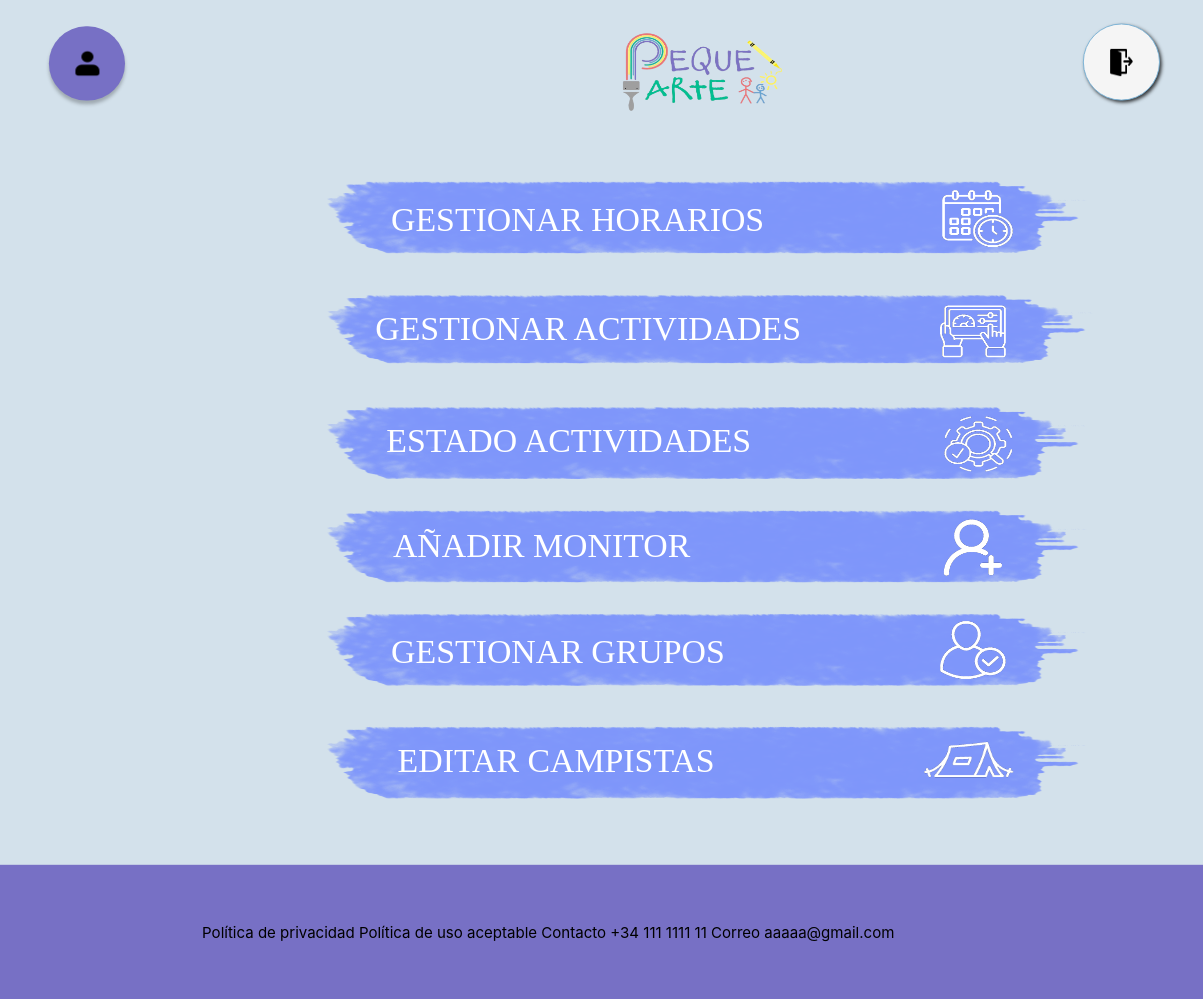
Repository: maariadomiingo/Proyecto-Integrador-Campamento
Page: html/interfaz_coordinador.html
These files come from the project's save history. The page is drawn as it stood at one moment and after a run of saves; the edit follows.
The browser window is 1280 px wide. The pictures show the whole page, at 94% of full size.

Above is the page before, as saved 2025-02-05 12:30:04.

### html/interfaz_coordinador.html
<!DOCTYPE html>
<html lang="es">
  <head>
    <meta charset="UTF-8" />
    <meta name="viewport" content="width=device-width, initial-scale=1.0" />
    <title>Documento</title>
    <link rel="stylesheet" href="../css/interfaz_coordinador.css" />
  </head>
  <body>
    <div class="contenedor">
      <div class="fondo"></div>
      <div class="circulo"></div>
      <img class="icono-usuario" src="../img/user.png" />
      <div class="circulo-salir"></div>
      <img class="icono-salir" src="../img/cerrar-sesion.png" />
      <div class="pie-de-pagina"></div>
      <div class="texto-pie-de-pagina">
        Política de privacidad Política de uso aceptable Contacto +34 111 1111
        11 Correo aaaaa@gmail.com
      </div>
      <div class="div-vacio"></div>
      <img class="trazo-pincel-1" src="../img/trazo-pincel.png" />
      <img class="trazo-pincel-2" src="../img/trazo-pincel.png" />
<!--       trazo añadir monitor
 -->      <img class="trazo-pincel-3" src="../img/trazo-pincel.png" />
      <div class="agregar-monitor">
        <div class="texto-agregar-monitor">AÑADIR MONITOR</div>
      </div>
      <img class="icono-añadirMonitor" src="../img/anadir.png" />

      <img class="icono-estado-actividades" src="../img/actividades.png" />
      <img class="trazo-pincel-4" src="../img/trazo-pincel.png" />
      <div class="estado-actividades">
        <div class="texto-estado-actividades">ESTADO ACTIVIDADES</div>

      </div>


      <div class="gestionar-actividades">
<!--         trazo de gestionar actividades-->
         <img class="trazo-pincel-5" src="../img/trazo-pincel.png" />
        <div class="texto-gestionar-actividades">GESTIONAR ACTIVIDADES</div>
       </div>
       <img class="icono-actividades" src="../img/administrar.png" />

      <img id="pincel" src="../img/pincel.png" />


<!--       GESTIONAR HORARIOS-->
       <img class="trazo-pincel-6" src="../img/trazo-pincel.png" class="imagen-horarios" />
      <div class="gestionar-horarios">
        <div class="texto-gestionar-horarios">GESTIONAR HORARIOS</div>
      </div>
      <img class="icono-horario" src="../img/calendario.png" />

      <img class="logo" src="../img/logo sin fondo.png" />
      <img class="icono-campistas" src="../img/campistas.png" />

      <div class="editar-campistas">EDITAR CAMPISTAS</div>

      <div class="gestionar-grupos">GESTIONAR GRUPOS</div>
      <img class="icon-gestionarGrupos" src="../img/pasarlista.png" />
      </div>
    </div>
    <script src="../js/interfaz_coordinador.js"></script>
  </body>
</html>

### css/interfaz_coordinador.css
body {
  margin: 0;
  padding: 0;
  font-family: Arial, sans-serif;
  background: #D3E1EB;
  width: 100%; /* Ocupa el 100% del ancho de la pantalla */
  overflow-x: hidden; /* Evita el desplazamiento horizontal */
}

.circulo {
  width: 81px;
  height: 79px;
  left: 52px;
  top: 28px;
  position: absolute;
  background: #7770C5;
  box-shadow: 0px 4px 4px rgba(0, 0, 0, 0.25);
  border-radius: 9999px;
}

.icono-usuario {
  width: 34px;
  height: 31px;
  left: 76px;
  top: 52px;
  position: absolute;
}

.circulo-salir {
  width: 80px;
  height: 80px;
  left: 90%;
  top: 25px;
  position: absolute;
  background: #F5F5F5;
  box-shadow: 2px 2px 4px rgba(0, 0, 0, 0.75);
  border-radius: 9999px;
  border: 1px #7AB3D7 solid;
}

.icono-salir {
  left: 92.3%;
  top: 52px;
  width: 24px;
  height: 29px;
  position: absolute;
}

.pie-de-pagina {
  width: 100%; /* Ajusta el ancho al 100% del viewport */
  height: 143px;
  left: 0px;
  top: 920px;
  position: absolute;
  background: #7770C5;
}

.texto-pie-de-pagina {
  width: 1009px;
  left: 215px;
  top: 982px;
  position: absolute;
  color: black;
  font-size: 16px;
  font-family: Inter;
  font-weight: 400;
  word-wrap: break-word;
}

.div-vacio {
  width: 407px;
  height: 125px;
  left: 187px;
  top: 300px;
  position: absolute;
}

.trazo-pincel-1,
.trazo-pincel-2,
.trazo-pincel-3,
.trazo-pincel-4,
.trazo-pincel-5,
.trazo-pincel-6 {
  width: 940px;
  height: 400px;
  left: 288px;
  position: absolute;
}

.trazo-pincel-1 { top: 630px; }
.trazo-pincel-2 { top: 510px; }
.trazo-pincel-3 { top: 400px; }
.trazo-pincel-4 { top: 290px; }
.trazo-pincel-5 { top: 510px; }
.trazo-pincel-6 { top: 50px; }

.agregar-monitor {
  width: 955px;
  height: 110px;
  left: 281px;
  top: 516px;
  position: absolute;
}

.agregar-monitor img {
  width: 955px;
  height: 114px;
  left: 0px;
  top: 0px;
  position: absolute;
}

.texto-agregar-monitor {
  width: 455px;
  height: 17.65px;
  left: 137px;
  top: 44px;
  position: absolute;
  color: white;
  font-size: 36px;
  font-family: Montserrat;
  font-weight: 500;
  word-wrap: break-word;
}

.estado-actividades {
  width: 955px;
  height: 114px;
  left: 284px;
  top: 402px;
  position: absolute;
}

.estado-actividades img {
  width: 955px;
  height: 114px;
  left: 0px;
  top: 0px;
  position: absolute;
}

.texto-estado-actividades {
  width: 533px;
  height: 18.30px;
  left: 127px;
  top: 46.41px;
  position: absolute;
  color: white;
  font-size: 36px;
  font-family: Montserrat;
  font-weight: 500;
  word-wrap: break-word;
}

.gestionar-actividades {
  width: 948px;
  height: 134px;
  left: 288px;
  top: 268px;
  position: relative;
}

.gestionar-actividades img {
  width: 948px;
  height: 380px;
  left: 0px;
  top: -90px;
  position: absolute;
}

.texto-gestionar-actividades {
  width: 566.81px;
  height: 21.51px;
  left: 111.19px;
  top: 61.17px;
  position: absolute;
  color: white;
  font-size: 36px;
  font-family: Montserrat;
  font-weight: 500;
  word-wrap: break-word;
}


#pincel {
  position: absolute;
  width: 170px;
  height: 150px;
  display: none;
  transition: top 0.1s ease-out, left 0.1s ease-out;
}

.div-vacio-2 {
  width: 651px;
  height: 863px;
  left: 670px;
  top: 463px;
  position: absolute;
}

.gestionar-horarios {
  width: 962px;
  height: 128px;
  left: 288px;
  top: 152px;
  position: absolute;
}

.gestionar-horarios img {
  width: 962px;
  height: 128px;
  left: 0px;
  top: 0px;
  position: absolute;
}

.imagen-horarios {
  width: 26px;
  height: 256px;
  left: 674.91px;
  top: 44.25px;
  position: absolute;
}

.texto-gestionar-horarios {
  width: 584.25px;
  height: 20.54px;
  left: 127.93px;
  top: 60.84px;
  position: absolute;
  color: white;
  font-size: 36px;
  font-family: Montserrat;
  font-weight: 500;
  word-wrap: break-word;
}

.icono-horario {
  width: 80px;
  height: 65px;
  left: 1000px;
  top: 200px;
  position: absolute;
}

.icono-actividades {
  width: 80px;
  height: 65px;
  left: 1000px;
  top: 440px;
  position: absolute;
}

.icono-gestionar {
  width: 80px;
  height: 65px;
  left: 1000px;
  top: 200px;
  position: absolute;
}

.icono-estado-actividades {
  width: 70px;
  height: 55px;
  left: 1000px;
  top: 325px;
  position: absolute;
  z-index: 1;
}

.icono-añadirMonitor {
  width: 70px;
  height: 65px;
  left: 1000px;
  top: 550px;
  position: absolute;
}

.icon-gestionarGrupos {
  width: 70px;
  height: 63px;
  left: 1000px;
  top: 660px;
  position: absolute;
}

.logo {
  width: 194px;
  height: 103px;
  left: 647px;
  top: 25px;
  position: absolute;
}

.icono-campistas {
  width: 95px;
  height: 80px;
  left: 983px;
  top: 768px;
  position: absolute;
}

.div-vacio-3 {
  width: 100px;
  height: 100px;
  left: 646px;
  top: 210px;
  position: absolute;
}

.editar-campistas {
  width: 455px;
  height: 60px;
  left: 423px;
  top: 788px;
  position: absolute;
  color: white;
  font-size: 36px;
  font-family: Montserrat;
  font-weight: 500;
  word-wrap: break-word;
}

.gestionar-grupos {
  width: 455px;
  height: 17.65px;
  left: 416px;
  top: 672px;
  position: absolute;
  color: white;
  font-size: 36px;
  font-family: Montserrat;
  font-weight: 500;
  word-wrap: break-word;
}

.rectangulo-pequeno {
  width: 69px;
  height: 70px;
  padding-left: 5.75px;
  padding-right: 5.75px;
  padding-top: 17.50px;
  padding-bottom: 17.50px;
  left: 966px;
  top: 655px;
  position: absolute;
  flex-direction: column;
  justify-content: center;
  align-items: center;
  display: inline-flex;
}

.rectangulo-interno {
  width: 57.50px;
  height: 35px;
  background: white;
}

.imagen-pequena-1 {
  width: 77px;
  height: 78px;
}

.imagen-pequena-2 {
  width: 77px;
  height: 73px;
}

.imagen-pequena-3 {
  width: 46px;
  height: 49px;
}

### js/interfaz_coordinador.js
// Selecciona la imagen del pincel
const pincel = document.getElementById("pincel");

// Selecciona todos los trazos de pincel
const trazosPincel = document.querySelectorAll(".trazo-pincel-1, .trazo-pincel-2, .trazo-pincel-3, .trazo-pincel-4, .trazo-pincel-5, .trazo-pincel-6");

// Mantén el tamaño original del pincel
pincel.style.width = "80px"; // Ajusta según el tamaño original en CSS
pincel.style.height = "auto"; // Mantiene la proporción

// Función para mover el pincel al centro del trazo
function moverPincel(event) {
  const rect = event.target.getBoundingClientRect();

  // Alinear pincel al centro del trazo
  pincel.style.top = `${rect.top + rect.height / 2 - pincel.offsetHeight / 2}px`;
  pincel.style.left = `${rect.left + rect.width - 60}px`; // Ajuste para que quede cerca de la imagen
  pincel.style.display = "block";
}

// Función para ocultar el pincel
function ocultarPincel() {
  pincel.style.display = "none";
}

// Añade eventos a los trazos de pincel
trazosPincel.forEach((trazo) => {
  trazo.addEventListener("mouseenter", moverPincel);
  trazo.addEventListener("mouseleave", ocultarPincel);
});

After the next 2 saves:
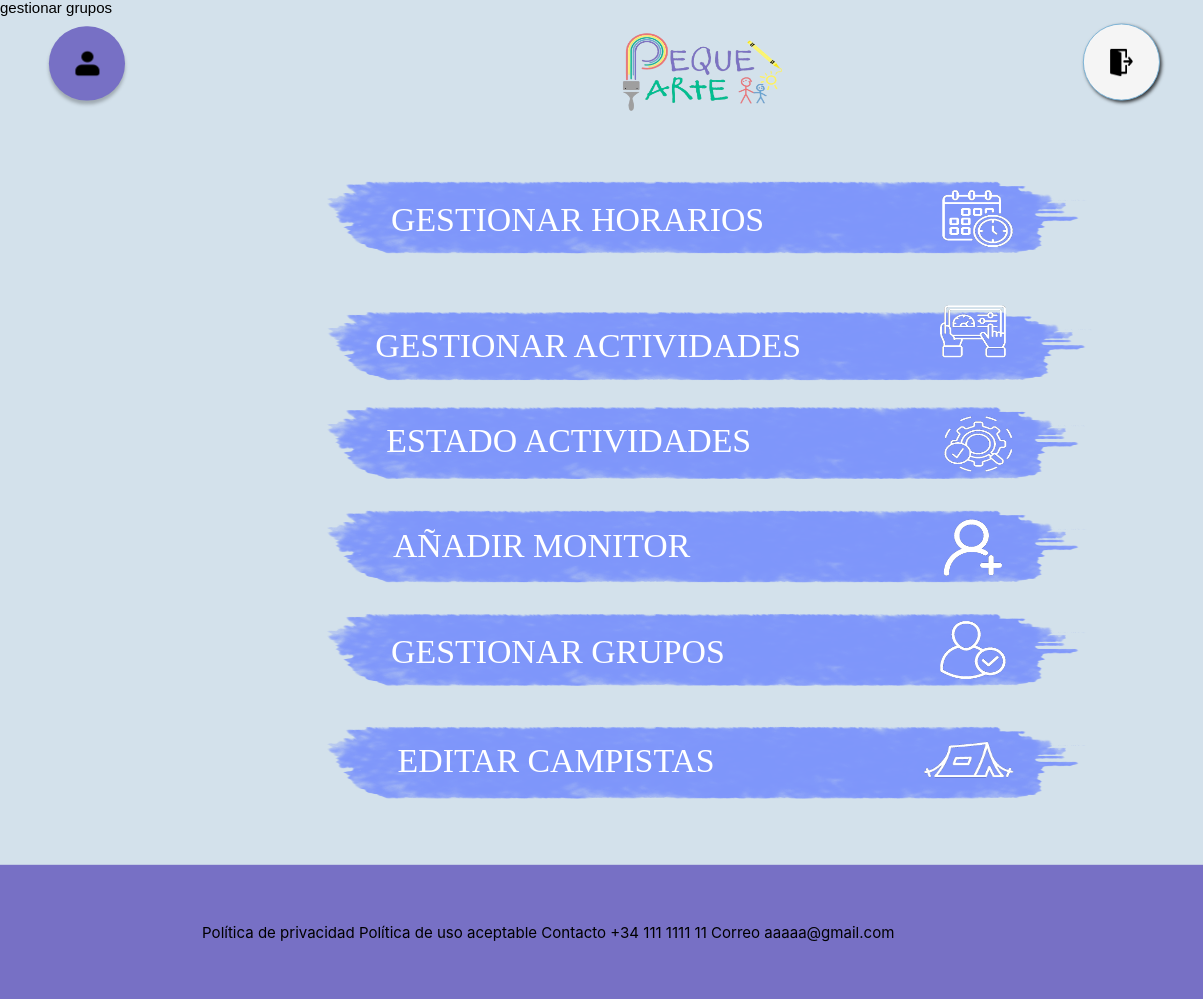
The 2 saves are shown as one change because they came seconds apart.
The last was saved 6 s later.
--- a/html/interfaz_coordinador.html
+++ b/html/interfaz_coordinador.html
@@ -20,6 +20,7 @@
       </div>
       <div class="div-vacio"></div>
       <img class="trazo-pincel-1" src="../img/trazo-pincel.png" />
+      gestionar grupos
       <img class="trazo-pincel-2" src="../img/trazo-pincel.png" />
 <!--       trazo añadir monitor
  -->      <img class="trazo-pincel-3" src="../img/trazo-pincel.png" />

After the save that followed:
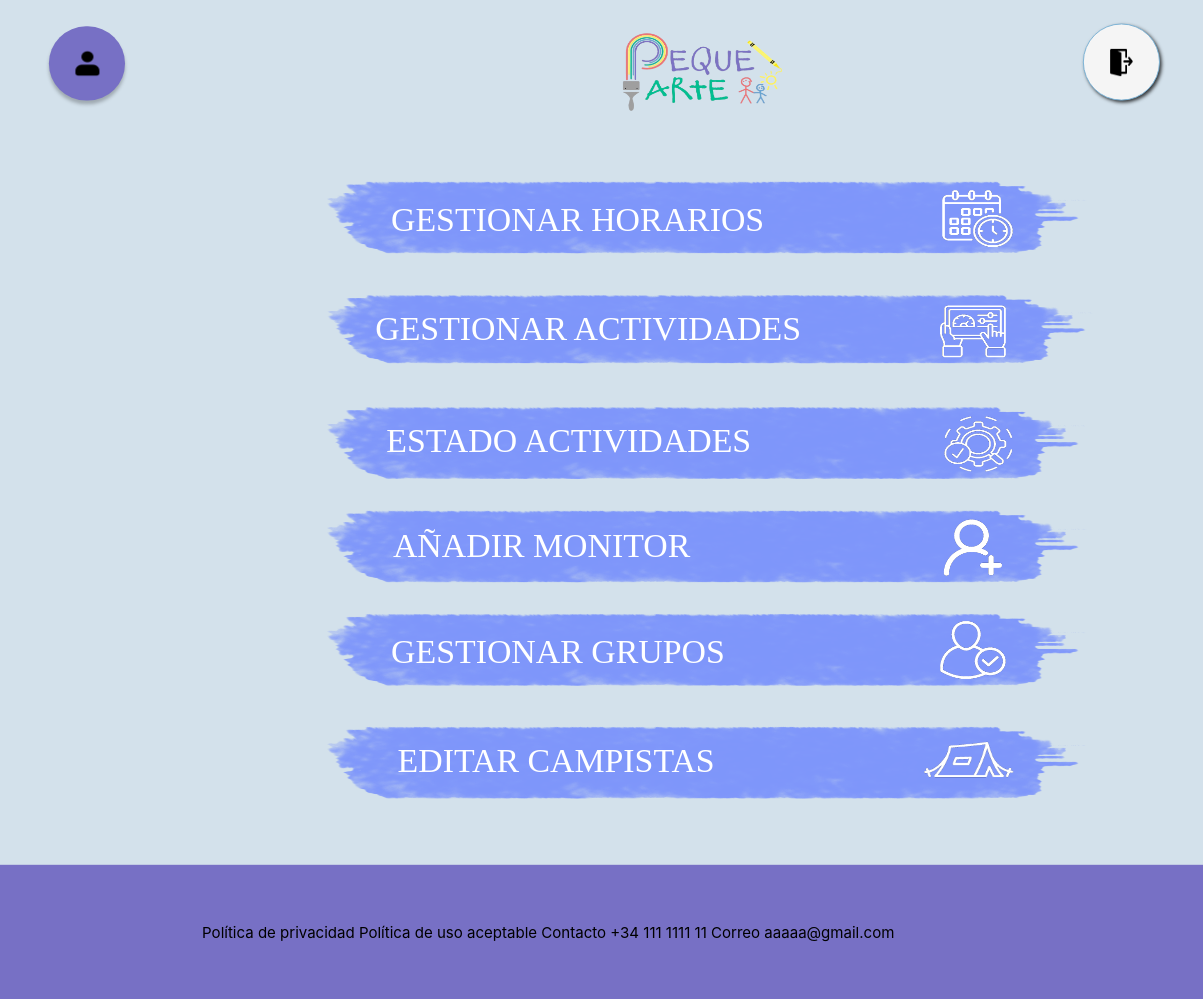
Saved 7 s later.
--- a/html/interfaz_coordinador.html
+++ b/html/interfaz_coordinador.html
@@ -20,8 +20,8 @@
       </div>
       <div class="div-vacio"></div>
       <img class="trazo-pincel-1" src="../img/trazo-pincel.png" />
-      gestionar grupos
-      <img class="trazo-pincel-2" src="../img/trazo-pincel.png" />
+<!--       gestionar grupos
+ -->      <img class="trazo-pincel-2" src="../img/trazo-pincel.png" />
 <!--       trazo añadir monitor
  -->      <img class="trazo-pincel-3" src="../img/trazo-pincel.png" />
       <div class="agregar-monitor">
